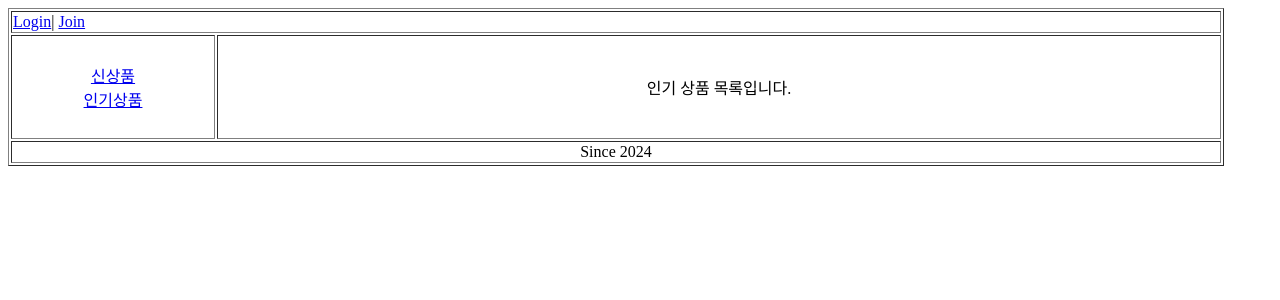
Repository: BancaKim/teamproject4
Page: http://localhost/JspDay3/Template/template.jsp
An editor plug-in stored every save of this project. The page is shown before and after a run of saves, followed by the edit.
The browser window is 1280 px wide. The pictures show the whole page.
The page is served by Tomcat 9.

Above is the page before, as saved 2024-05-02 05:09:44.

After the next 4 saves:
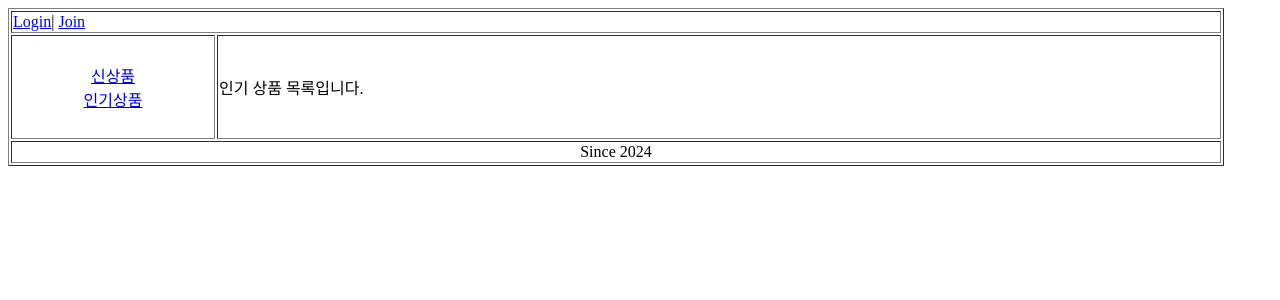
The 4 saves are shown as one change because 2 did not build or start and some came seconds apart.
The last was saved 55 s later.
--- a/JspDay3/src/main/webapp/Template/template.jsp
+++ b/JspDay3/src/main/webapp/Template/template.jsp
@@ -8,7 +8,7 @@
 </head>
 <body>
     <%
-        String select = request.getParameter("page");
+        String select = request.getParameter("pageChange");
         if (select == null) {
             select = "bestitem.jsp";
         }
@@ -19,9 +19,7 @@
 <tr>
 <td width="200px"><%@ include file="left.jsp" %></td>
 <td width="1000px" height="100px">
-<center>
 <jsp:include page="<%= select %>" flush="false" />
-</center>
 </td>
 </tr>
 <tr>
